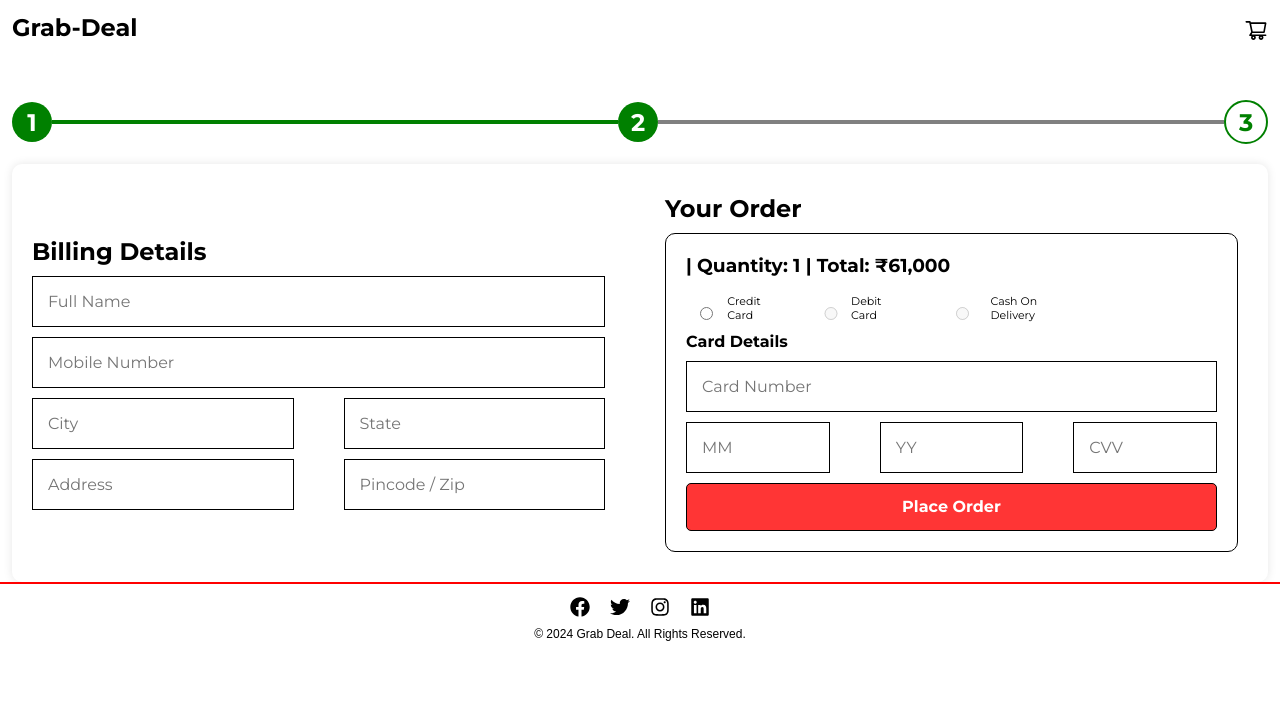
Repository: hlwsatyam/Iphone16Pro
Page: /CheckoutPage
These files come from the project's save history. The page is drawn as it stood at one moment and after a run of saves; the edit follows.
The browser window is 1280 px wide. The pictures show the whole page.
The project was rebuilt for these pictures with package versions that can differ from the ones it lists, and the page was loaded fresh each time. Also part of the build but not shown: src/hooks/useDocTitle.js, src/helpers/utils.js, src/components/filters/FilterBarOptions.js, src/components/filters/FilterBar.js, src/hooks/useActive.js, src/components/product/ProductCard.js, src/components/common/SectionsHead.js, src/components/common/Services.js and 19 more.

Above is the page before, as saved 2024-09-28 16:19:06.

### public/index.html
<!DOCTYPE html>
<html lang="en">

<head>
  <meta charset="utf-8" />
  <link rel="icon" href="https://www.reliancedigital.in/medias/Apple-iPhone16ProMax-494423059-i-1-1200Wx1200H-300Wx300H?context=bWFzdGVyfGltYWdlc3wyOTM2MXxpbWFnZS9qcGVnfGltYWdlcy9oM2EvaGEzLzEwMTk1OTA4OTg0ODYyLmpwZ3w2MjMyOGJjMTFhMDRjZjFiNWRkOGU4NjNjZWJiMDUwNWNkNmE0YzdhMjE3MjVjNDRjNWFlMjA0ZDU2MDFjODhk" />
  <meta name="viewport" content="width=device-width, initial-scale=1" />
  <meta name="theme-color" content="#000000" />
  <meta name="description" content="Web site created using create-react-app" />
  <link rel="apple-touch-icon" href="%PUBLIC_URL%/logo192.png" />
  <!--
      manifest.json provides metadata used when your web app is installed on a
      user's mobile device or desktop. See https://developers.google.com/web/fundamentals/web-app-manifest/
    -->
  <link rel="manifest" href="%PUBLIC_URL%/manifest.json" />
  <!--
      Notice the use of %PUBLIC_URL% in the tags above.
      It will be replaced with the URL of the `public` folder during the build.
      Only files inside the `public` folder can be referenced from the HTML.

      Unlike "/favicon.ico" or "favicon.ico", "%PUBLIC_URL%/favicon.ico" will
      work correctly both with client-side routing and a non-root public URL.
      Learn how to configure a non-root public URL by running `npm run build`.
    -->

  <link rel="preconnect" href="https://fonts.googleapis.com" />
  <link rel="preconnect" href="https://fonts.gstatic.com" crossorigin />
  <link href="https://fonts.googleapis.com/css2?family=Montserrat:wght@400;500;600;700&display=swap" rel="stylesheet" />

  <title>Best Discount On I Phone 16 Pro </title>
</head>

<body>
  <noscript>You need to enable JavaScript to run this app.</noscript>
  <div id="root"></div>
  <!--
      This HTML file is a template.
      If you open it directly in the browser, you will see an empty page.

      You can add webfonts, meta tags, or analytics to this file.
      The build step will place the bundled scripts into the <body> tag.

      To begin the development, run `npm start` or `yarn start`.
      To create a production bundle, use `npm run build` or `yarn build`.
    -->
</body>

</html>

### src/styles/style.scss
// Base
@import "./partials/base/variables";
@import "./partials/base/mixins";
@import "./partials/base/reset";
@import "./partials/base/common";


// Components
@import "./partials/components/preloader";
@import "./partials/components/header";
@import "./partials/components/footer";
@import "./partials/components/backtop";
@import "./partials/components/form";
@import "./partials/components/searchbar";
@import "./partials/components/filterbar";
@import "./partials/components/quantity_box";
@import "./partials/components/empty_view";


// Pages
@import "./partials/pages/hero";
@import "./partials/pages/featured";
@import "./partials/pages/products";
@import "./partials/pages/product_details";
@import "./partials/pages/product_summary";
@import "./partials/pages/cart";
@import "./partials/pages/related";
@import "./partials/pages/services";
@import "./partials/pages/error_page";



.testimonial-section {
    background: linear-gradient(135deg, #f06, #f93);
    padding: 50px 0;
    display: flex;
    justify-content: center;
  }

### src/styles/partials/components/_preloader.scss
#preloader {
    width: 100%;
    min-height: 100vh;
    background-color: var(--bg-color);
    position: fixed;
    top: 0;
    left: 0;
    z-index: 9999;
    @include centered;
}

.loader {
    @include dimension(12.5rem, 12.5rem);
    border-radius: 50%;
    box-shadow: 1px 8px 8px var(--main-color);
    animation: spin 1.4s linear infinite;
}

@keyframes spin {
    0% {
        transform: rotate(0deg);
    }

    100% {
        transform: rotate(360deg);
    }
}

.loader_text {
    position: absolute;
    top: 50%;
    left: 50%;
    transform: translate(-50%, -50%);
    animation: text 1s linear infinite alternate;
}

@keyframes text {
    0% {
        opacity: 0.4;
    }

    100% {
        opacity: 1;
    }
}

### src/styles/partials/components/_footer.scss
#footer {
    background-color: var(--black-color);
    @include padding-y(3rem, 2rem);

    .separator {
        @include margin-y(2.5rem, 2rem);
        opacity: 0.7;
    }
}

.footer_wrapper {
    grid-template-columns: 1.4fr repeat(3, 1fr);
    justify-items: center;
    gap: 2rem;

    @include devices(md) {
        grid-template-columns: 1.4fr 1fr;
        justify-items: unset;
        gap: 4rem;
    }

    @include devices(xs) {
        grid-template-columns: 1fr;
        gap: 3rem;
    }
}

.foot_subs {
    p {
        @include margin-y(1rem, 1rem);
        font-size: 0.875rem;
        opacity: 0.9;
    }

    .btn {
        margin-top: 1rem;
    }
}

.foot_menu {
    ul {
        margin-top: 1.8rem;
        display: grid;
        gap: 1rem;

        a {
            font-size: 0.9rem;
            opacity: 0.8;

            &:hover {
                opacity: 1;
            }
        }
    }
}

.sub_footer_wrapper {
    @include flexbox(space-between, center);

    @include devices(md) {
        @include flexbox();
        flex-direction: column-reverse;
        gap: 2rem;
    }
}

.foot_copyright {
    font-size: 0.95rem;

    a {
        color: #eee;
        opacity: 0.8;

        &:hover {
            opacity: 1;
        }
    }
}

.foot_social {
    @include flexbox();
    gap: 2rem;
    font-size: 1.2rem;
    margin-right: 4rem;
}

### src/styles/partials/components/_searchbar.scss
#searchbar {
    display: grid;
    grid-template-columns: 0.5fr;
    justify-content: center;
    align-items: start;

    @include devices(lg) {
        grid-template-columns: 0.8fr;
    }

    @include devices(sm) {
        grid-template-columns: 1fr;
    }
}

.searchbar_content {
    margin: 3rem 1rem;
}

.search_box {
    display: flex;
    gap: 0.4rem;

    .input_field {
        background-color: var(--bg-color);
    }

    .btn {
        font-size: 1.5rem;

        &[disabled] {
            pointer-events: none;
            opacity: 0.7;
        }
    }
}

.search_results {
    background-color: var(--bg-color);
    display: grid;
    justify-items: flex-start;
    gap: 1rem;
    margin-top: 1rem;
    max-height: 300px;
    overflow-y: auto;
    padding: 1rem;
    border: 1px solid var(--text-muted);
    scrollbar-width: none;

    a {
        cursor: pointer;
        @include transition(color, 0.3s);

        &:hover {
            color: var(--main-color-2);
        }
    }

    &::-webkit-scrollbar {
        display: none;
    }
}

### src/styles/partials/components/_quantity_box.scss
.quantity_box {
    display: inline-flex;
    align-items: center;
    @include bordered(1px, #444);
    border-radius: 3px;
    user-select: none;
    overflow: hidden;

    button {
        @include dimension(3.125rem, 2.25rem);
        background-color: red;
        @include transition(color, 0.2s);

        &:hover {
            color: #eee;
        }

        &[disabled] {
            cursor: not-allowed;
            color: var(--text-muted);
        }
    }
}

.quantity_count {
    @include dimension(3.75rem, 2.25rem);
    color: red;
    font-size: 1.4rem;
    line-height: 2.25rem;
    font-weight: bold;
    text-align: center;
}

### src/styles/partials/pages/_products.scss
.products_wrapper {
    @include grid-cols(4, 1fr, 0.7rem);

    @include devices(lg) {
        @include grid-cols(3, 1fr, 0.7rem);
    }

    @include devices(md) {
        @include grid-cols(2, 1fr, 0.6rem);
    }

    @include devices(xs) {
        grid-template-columns: 1fr;
    }
}

.products_filter_tabs {
    @include margin-y(3rem, 5rem);
}

.products_card {
    @include bordered(1px, rgba($color: #ffffff, $alpha: 0.4));
    border-radius: 3px;
    box-shadow: 0px 5px 10px rgba($color: #000000, $alpha: 0.5);
    overflow: hidden;

    &.browse_card {
        @include centered;
        @include padding-y(5rem, 5rem);
        font-size: 1.5rem;

        a {
            @include transition(color, 0.3s);

            &:hover {
                color: #eee;
            }
        }
    }
}

.products_img {
    background: var(--bg-color-2);
    text-align: center;
    padding: 1rem;
    overflow: hidden;

    img {
        width: 70%;
        @include transition(transform, 0.25s, ease);

        &:hover {
            transform: scale(1.05);
        }
    }
}

.products_details {
    padding: 1rem;
}

.products_title {
    @include margin-y(0.8rem, 0.4rem);
}

.products_info {
    opacity: 0.8;
    font-weight: 500;
}

.products_btn {
    width: 100%;
    margin-top: 1.2rem;

    &.active {
        background-color: green;
    }

    &[disabled] {
        cursor: not-allowed;
    }
}


/*------ All-Products Page ------*/
#all_products {
    padding-top: 8rem;
    display: grid;
    grid-template-columns: 240px 1fr;

    @include devices(lg) {
        grid-template-columns: 1fr;
    }

    .products_wrapper {
        @include devices(xl) {
            @include grid-cols(3, 1fr, 0.7rem);
        }

        @include devices(md) {
            @include grid-cols(2, 1fr, 0.6rem);
        }

        @include devices(xs) {
            grid-template-columns: 1fr;
        }
    }
}

### src/styles/partials/pages/_product_summary.scss
.prod_summary_details {
    margin-top: 4rem;

    ul {
        display: grid;
        gap: 2rem;
    }
}

.prod_specs {

    ul {
        grid-template-columns: 0.4fr;

        li {
            @include flexbox(space-between, center);

            span {
                &:last-child {
                    font-weight: 600;
                }
            }
        }

        @include devices(lg) {
            grid-template-columns: 1fr;
        }
    }
}

.prod_overview {

    h3 {
        font-weight: 600;
        word-spacing: 0.6px;
        line-height: 1.5;

        span {
            color: var(--main-color-2);
        }
    }

    ul {
        gap: 1.2rem;
        list-style-type: disc;
        margin-left: 1rem;
        @include margin-y(2rem, 2rem);
    }

    p {
        line-height: 2;
    }
}

.prod_reviews {

    ul {
        gap: 3rem;
    }

    .user_info {
        display: flex;
        align-items: center;
        gap: 1rem;

        img {
            @include dimension(50px, 50px);
            border-radius: 50%;
        }

        .user_ratings {
            display: flex;
            align-items: center;
            gap: 0.5rem;
            margin-top: 0.5rem;

            .date {
                color: var(--text-muted);
                font-size: 0.95rem;
            }
        }
    }

    .user_review {
        margin-top: 1rem;
    }
}

### src/components/Extra/Checkout.jsx
import React from "react";
import TopLine from "./checkOutComp/TopLine";
import LargeArea from "./checkOutComp/LargeArea";

function Checkout() {
  return (
    <div className="container" >
      <TopLine />
      <LargeArea />
    </div>
  );
}

export default Checkout;

### src/components/Extra/checkOutComp/TopLine.jsx
import React from "react";

function TopLine() {
  const styles = {
    container: {
      display: "flex",
      marginTop: "100px",
      justifyContent: "space-between",
      alignItems: "center",
    },
    span: {
      width: "20px",
      height: "20px",
      backgroundColor: "gray",
      backgroundColor: "green",
      color: "white",
      borderRadius: "50%",
      display: "flex",
      fontSize: "24px",
      fontWeight: 700,
      padding: "20px", // Adjust padding to balance size
      justifyContent: "center",
      alignItems: "center",
    },
    span3: {
      width: "20px",
      height: "20px",

      backgroundColor: "white",
      color: "green",
      border: "2px solid green",
      borderRadius: "50%",
      display: "flex",
      fontSize: "24px",
      fontWeight: 700,
      padding: "20px", // Adjust padding to balance size
      justifyContent: "center",
      alignItems: "center",
    },

    line: {
      width: "100%",
      height: "4px",
      backgroundColor: "green",
    },
    line2: {
      width: "100%",
      height: "4px",
      backgroundColor: "gray",
    },

  };

  return (
    <div style={styles.container}>
      <span style={styles.span}>1</span>
      <div style={styles.line}></div> {/* Central line between spans */}
      <span style={styles.span}>2</span>
      <div style={{...styles.line, ...styles.line2}}></div>{" "}
      {/* Central line between spans */}
      <span style={{...styles.span,...styles.span3}}>3</span>
    </div>
  );
}

export default TopLine;

### src/components/Extra/checkOutComp/LargeArea.jsx
// import React from "react";
// import "../LargeArea.css";
// function LargeArea() {
//   return (
//     <div className="largeArea">
//       <div className="left-area">
//         <h2>Billing Details</h2>
//         <input type="text" placeholder="Full Name" />
//         <input type="text" placeholder="Mobile Number" />

//         <div className="city-state">
//           <input type="text" placeholder="City" />
//           <input type="text" placeholder="State" />
//         </div>
//         <div className="city-state">
//           <input type="text" placeholder="Address" />
//           <input type="text" placeholder="Pincode / Zip" />
//         </div>
//       </div>

//       <div className="right-area">
//         <h2>Your Order</h2>
//         <div className="right-container">
//           <h3 className="qunt" > | Quantity:1 | Total: ₹ </h3>

//           <div className="card-selection">
//             <p>
//               <input type="checkbox" name="" id="" /> <span>Credit Card</span>
//             </p>
//             <p>
//               <input type="checkbox" name="" id="" /> <span>Debit Card</span>
//             </p>
//             <p>
//               <input type="checkbox" name="" id="" />{" "}
//               <span>Cash On Delevery</span>
//             </p>
//           </div>
//           <p className="t1" >Card Details</p>
//           <input type="text" placeholder="Card Number" />
//           <div className="expiry-date">
//             <input type="text" placeholder="MM" />
//             <input type="text" placeholder="YY" />
//             <input type="text" placeholder="CVV" />
//           </div>
//           <button>Place Order</button>
//         </div>
//       </div>
//     </div>
//   );
// }

// export default LargeArea;

import React, { useState } from "react";
import axios from "axios";
import "../LargeArea.css";

function LargeArea() {
  const [formData, setFormData] = useState({
    fullName: "",
    mobileNumber: "",
    city: "",
    state: "",
    address: "",
    pincode: "",
    paymentMethod: "",
    cardNumber: "",
    expiryMonth: "",
    expiryYear: "",
    cvv: "",
  });

  const [errorMessage, setErrorMessage] = useState("");

  const handleChange = (e) => {
    setFormData({ ...formData, [e.target.name]: e.target.value });
  };

  const handlePaymentMethodChange = (e) => {
    setFormData({ ...formData, paymentMethod: e.target.value });
  };

  const validateForm = () => {
    if (
      !formData.fullName ||
      !formData.mobileNumber ||
      !formData.city ||
      !formData.state ||
      !formData.address ||
      !formData.pincode
    ) {
      setErrorMessage("Please fill in all the billing details.");
      return false;
    }

    if (formData.paymentMethod === "") {
      setErrorMessage("Please select a payment method.");
      return false;
    }

    if (
      formData.paymentMethod !== "Cash On Delivery" &&
      (!formData.cardNumber ||
        !formData.expiryMonth ||
        !formData.expiryYear ||
        !formData.cvv)
    ) {
      setErrorMessage("Please fill in all card details.");
      return false;
    }

    return true;
  };

  const handleSubmit = async (e) => {
    e.preventDefault();

    if (!validateForm()) {
      return;
    }

    try {
      const response = await axios.post(
        "http://localhost:5000/checkout",
        formData
      );
      if (response.status === 200) {
        alert("Order placed successfully!");
      }
    } catch (error) {
      console.error("Error sending data to backend", error);
      alert("Error placing order, please try again.");
    }
  };

  return (
    <div className="largeArea">
      <div className="left-area">
        <h2>Billing Details</h2>
        <input
          type="text"
          name="fullName"
          placeholder="Full Name"
          value={formData.fullName}
          onChange={handleChange}
        />
        <input
          type="text"
          name="mobileNumber"
          placeholder="Mobile Number"
          value={formData.mobileNumber}
          onChange={handleChange}
        />

        <div className="city-state">
          <input
            type="text"
            name="city"
            placeholder="City"
            value={formData.city}
            onChange={handleChange}
          />
          <input
            type="text"
            name="state"
            placeholder="State"
            value={formData.state}
            onChange={handleChange}
          />
        </div>
        <div className="city-state">
          <input
            type="text"
            name="address"
            placeholder="Address"
            value={formData.address}
            onChange={handleChange}
          />
          <input
            type="text"
            name="pincode"
            placeholder="Pincode / Zip"
            value={formData.pincode}
            onChange={handleChange}
          />
        </div>
      </div>

      <div className="right-area">
        <h2>Your Order</h2>
        <div className="right-container">
          <h3 className="qunt"> | Quantity: 1 | Total: ₹61,000 </h3>
          <h3 className="qunt2">  </h3>

          <div className="card-selection">
            <p>
              <input
                type="radio"
                name="paymentMethod"
                value="Credit Card"
                onChange={handlePaymentMethodChange}
              />{" "}
              <span>Credit Card</span>
            </p>
            <p>
              <input
                type="radio"
                disabled
                name="paymentMethod"
                value="Debit Card"
                onChange={handlePaymentMethodChange}
              />{" "}
              <span>Debit Card</span>
            </p>
            <p>
              <input
                disabled
                type="radio"
                name="paymentMethod"
                value="Cash On Delivery"
                onChange={handlePaymentMethodChange}
              />{" "}
              <span>Cash On Delivery</span>
            </p>
          </div>

          {formData.paymentMethod !== "Cash On Delivery" && (
            <>
              <p className="t1">Card Details</p>
              <input
                type="text"
                name="cardNumber"
                placeholder="Card Number"
                value={formData.cardNumber}
                onChange={handleChange}
              />
              <div className="expiry-date">
                <input
                  type="text"
                  name="expiryMonth"
                  placeholder="MM"
                  value={formData.expiryMonth}
                  onChange={handleChange}
                />
                <input
                  type="text"
                  name="expiryYear"
                  placeholder="YY"
                  value={formData.expiryYear}
                  onChange={handleChange}
                />
                <input
                  type="text"
                  name="cvv"
                  placeholder="CVV"
                  value={formData.cvv}
                  onChange={handleChange}
                />
              </div>
            </>
          )}

          <button onClick={handleSubmit}>Place Order</button>

          {errorMessage && <p className="error-message">{errorMessage}</p>}
        </div>
      </div>
    </div>
  );
}

export default LargeArea;

### src/components/Extra/LargeArea.css
.largeArea {
  display: flex;
  justify-content: space-between;
  align-items: center;
  gap: 50px;
  flex-wrap: wrap;
  margin-top: 20px;
  border-radius: 10px;
  box-shadow: 0px 0px 10px rgba(0, 0, 0, 0.1);
  padding: 20px;

  input {
    width: 100%;
    padding: 15px 15px;
    border: 1px solid black;
    margin-top: 10px;
  }
}

.left-area {
  flex: 1;
}
.right-area {
  flex: 1;

  padding: 10px;

  button {
    width: 100%;
    padding: 15px 15px;
    border: 1px solid black;
    margin-top: 10px;
    background-color: #ff3535;
    color: white;
    border-radius: 5px;
    cursor: pointer;
    font-weight: bold;
    font-size: 16px;
    transition: all 0.3s ease-in-out;
    &:hover {
      background-color: #ff3535;
      color: white;
      border: 1px solid white;
    }
  }
}

.error-message {
  color: red;
  margin-top: 10px;
}

.card-selection {
  display: flex;

  align-items: center;
  gap: 50px;
  margin-bottom: 10px;
  p {
    display: flex;
    justify-content: space-between;
    align-items: center;
    font-size: 11px;
  }
}

.t1 {
  margin-top: 10px;
  font-weight: 700;
}

.expiry-date {
  display: flex;
  justify-content: space-between;
  align-items: center;
  gap: 50px;
  input {
    width: 50%;
  }
}

.city-state {
  display: flex;
  justify-content: space-between;
  align-items: center;
  gap: 50px;

  input {
    input {
      width: 40%;
    }
  }
}

.right-container {
  margin-top: 10px;
  border: 1px solid black;
  padding: 20px;
  border-radius: 10px;

  .qunt {
    margin-bottom: 17px;
  }
}

Loaded but not shown: src/App.js (common file); src/reportWebVitals.js (common file); src/styles/partials/base/_variables.scss (common file); src/styles/partials/base/_reset.scss (common file); src/styles/partials/components/_backtop.scss (common file); src/styles/partials/components/_empty_view.scss (common file); src/styles/partials/pages/_featured.scss (common file); src/styles/partials/pages/_related.scss (common file); src/styles/partials/pages/_services.scss (common file); src/styles/partials/pages/_error_page.scss (common file); src/data/headerData.js (common file); src/hooks/useScrollRestore.js (common file); src/hooks/useOutsideClose.js (common file); src/hooks/useScrollDisable.js (common file); src/data/productsData.js (165 lines, source omitted); src/components/form/AccountForm.js (145 lines, source omitted); src/components/common/Footer.js (162 lines, source omitted); src/contexts/filters/filtersContext.js (199 lines, source omitted); src/components/common/Header.js (104 lines, source omitted); src/components/common/SearchBar.js (87 lines, source omitted); src/contexts/filters/filtersReducer.js (108 lines, source omitted); src/data/servicesData.js (90 lines, source omitted); src/contexts/cart/cartReducer.js (72 lines, source omitted); src/contexts/common/commonContext.js (67 lines, source omitted); src/contexts/cart/cartContext.js (64 lines, source omitted); src/routes/RouterRoutes.js (31 lines, source omitted); src/hooks/useForm.js (34 lines, source omitted); src/components/common/BackTop.js (41 lines, source omitted); src/data/filterBarData.js (63 lines, source omitted); src/contexts/common/commonReducer.js (37 lines, source omitted); src/index.js (22 lines, source omitted); src/styles/partials/base/_common.scss (197 lines, source omitted); src/styles/partials/components/_filterbar.scss (169 lines, source omitted); src/styles/partials/components/_form.scss (130 lines, source omitted); src/styles/partials/pages/_product_details.scss (154 lines, source omitted); src/styles/partials/pages/_cart.scss (146 lines, source omitted); src/styles/partials/components/_header.scss (129 lines, source omitted); src/styles/partials/base/_mixins.scss (114 lines, source omitted); src/styles/partials/pages/_hero.scss (121 lines, source omitted)

After the next 2 saves:
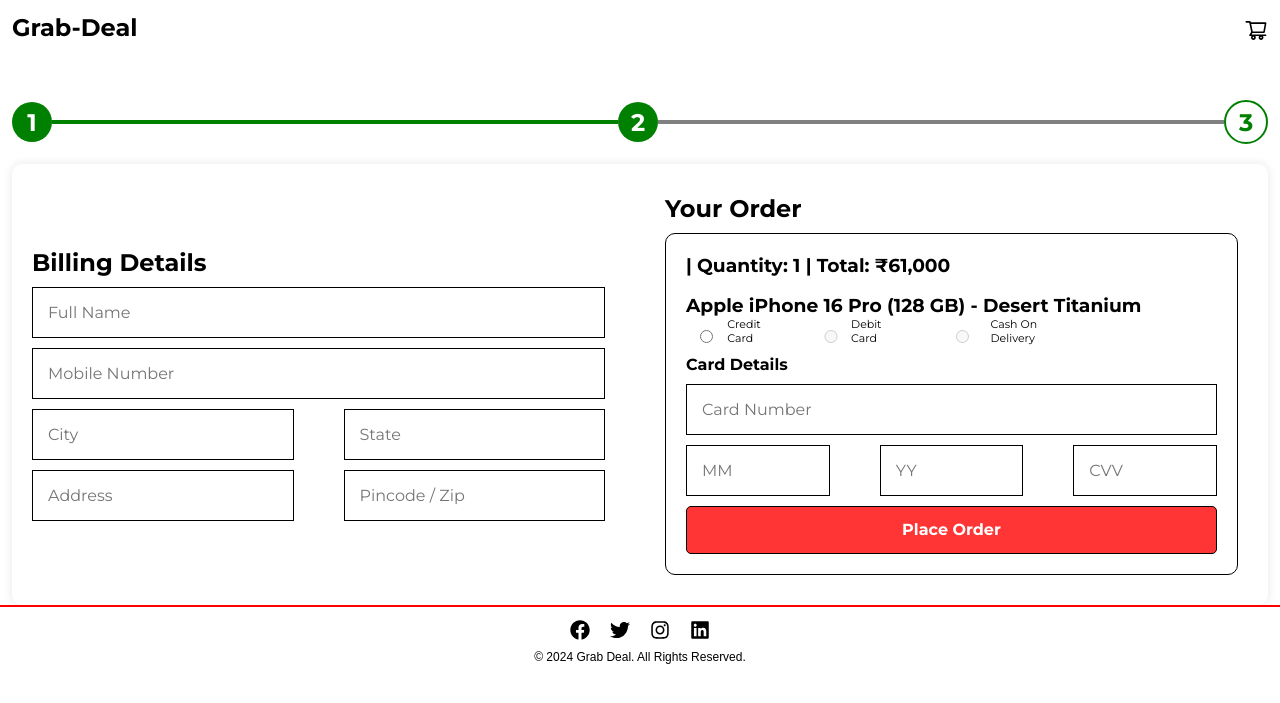
The 2 saves are shown as one change because they came seconds apart.
The last was saved 25 s later.
--- a/src/components/Extra/checkOutComp/LargeArea.jsx
+++ b/src/components/Extra/checkOutComp/LargeArea.jsx
@@ -190,7 +190,9 @@ function LargeArea() {
         <h2>Your Order</h2>
         <div className="right-container">
           <h3 className="qunt"> | Quantity: 1 | Total: ₹61,000 </h3>
-          <h3 className="qunt2">  </h3>
+          <h3 className="qunt2">
+            Apple iPhone 16 Pro (128 GB) - Desert Titanium{" "}
+          </h3>
 
           <div className="card-selection">
             <p>
